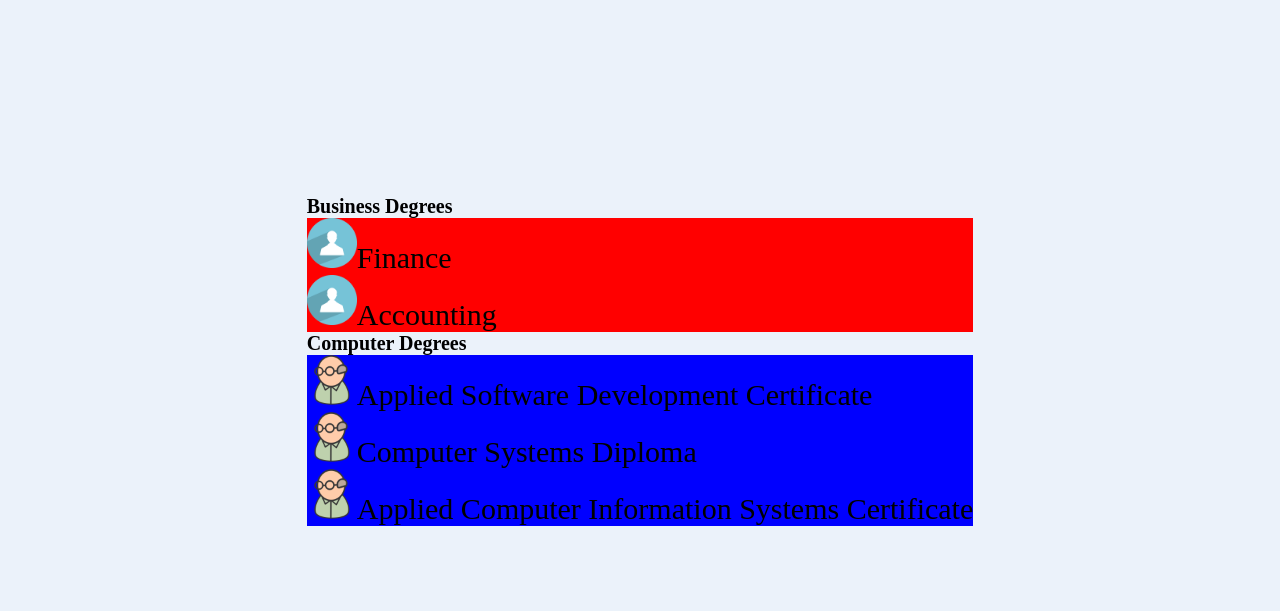
Repository: NeemaToto/mdia2109week3
Page: /
An editor plug-in stored every save of this project. The page is shown before and after a run of saves, followed by the edit.
The browser window is 1280 px wide. The pictures show the whole page.
The project was rebuilt for these pictures with package versions that can differ from the ones it lists, and the page was loaded fresh each time. The framework's server and built-in components were replaced by stand-ins that run in the browser. Also part of the build but not shown: next.config.js.

Above is the page before, as saved 2023-01-19 12:31:49.

After the next 3 saves:
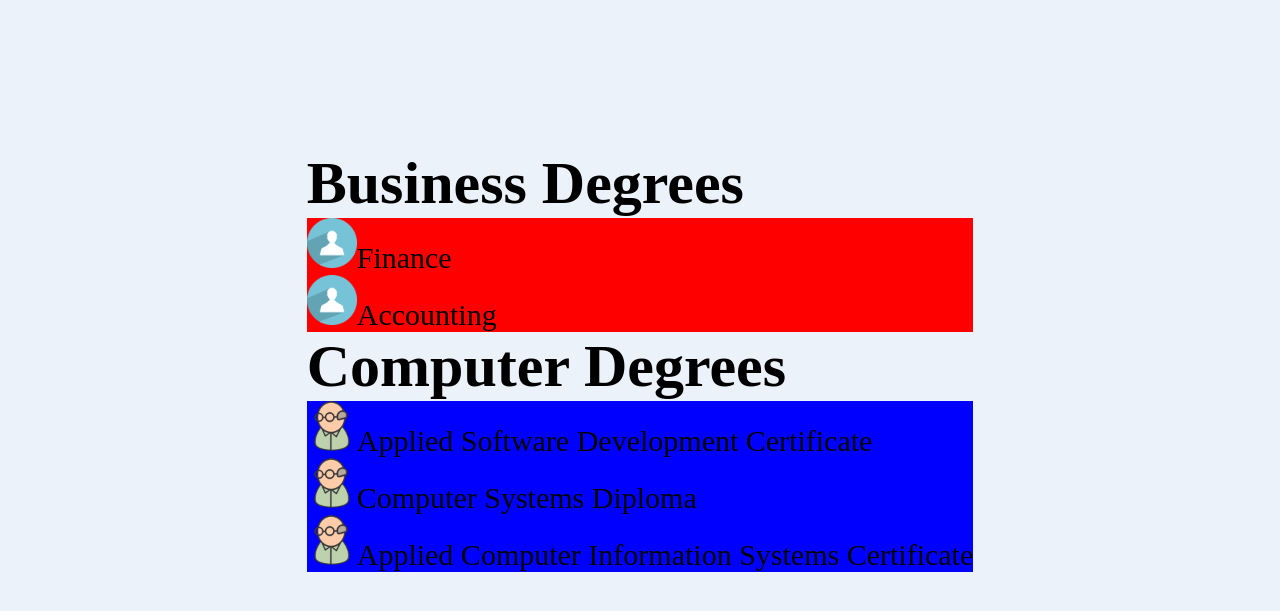
The 3 saves are shown as one change because they came seconds apart.
The last was saved 17 s later.
--- a/styles/Home.module.css
+++ b/styles/Home.module.css
@@ -279,5 +279,5 @@
 }
 
 .degrees{
-  font-size: 10px;
-}
+  font-size: 30px;
+}
